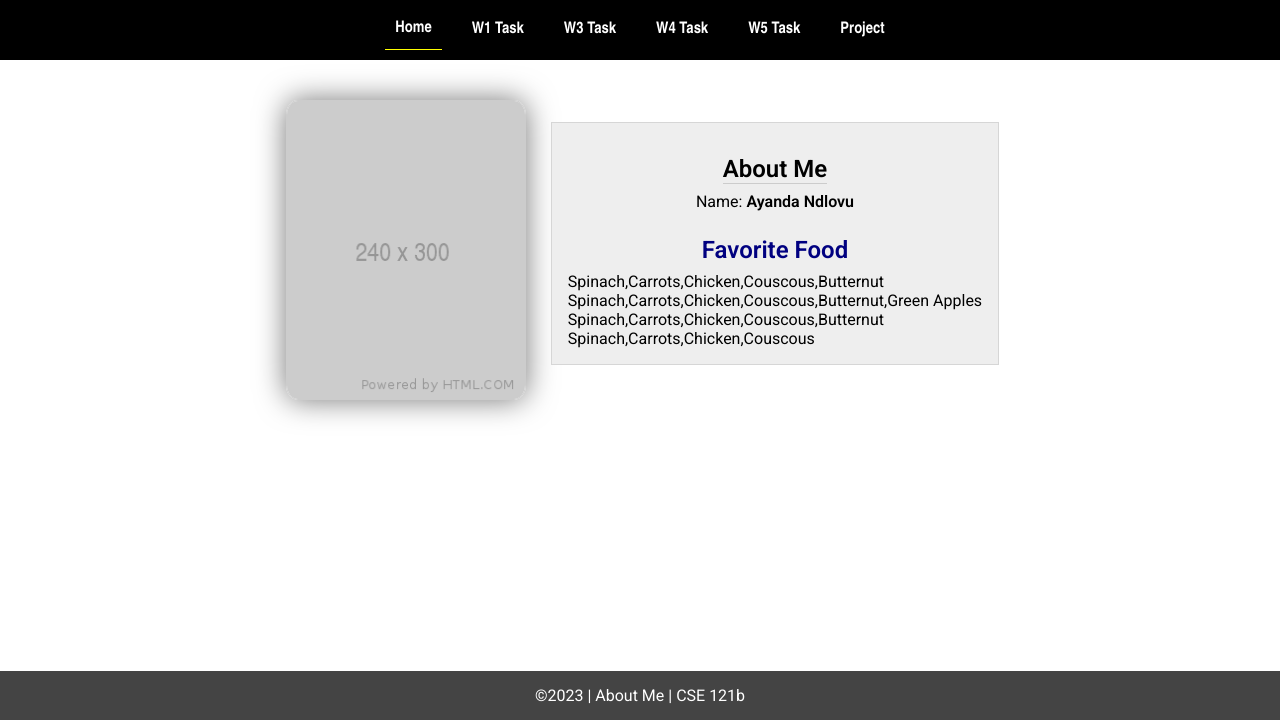
Repository: mszakutumela/cse121b
Page: index.html
An editor plug-in stored every save of this project. The page is shown before and after the next save, followed by the edit.
The browser window is 1280 px wide. The pictures show the whole page.

Above is the page before, as saved 2023-10-07 16:03:40.

After the next save:
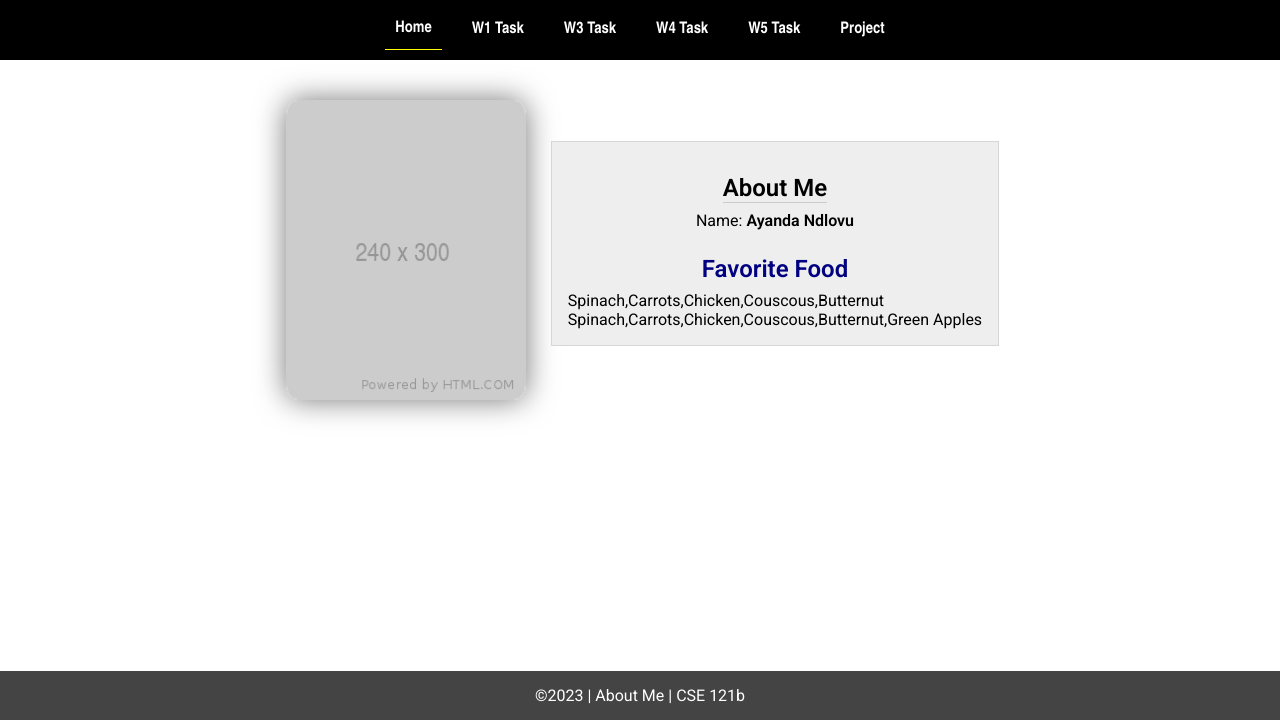
Console error: ReferenceError: f is not defined
Saved 4 s later.
--- a/scripts/w02-task.js
+++ b/scripts/w02-task.js
@@ -33,7 +33,7 @@
 favoriteFoods.push('Green Apples');
 foodElement.innerHTML += `<br>${favoriteFoods}`;
 
-let removeFood =
+let removeFood = f
 favoriteFoods.pop(0);
 foodElement.innerHTML += `<br>${favoriteFoods}`;
 

After the 5 saves that followed:
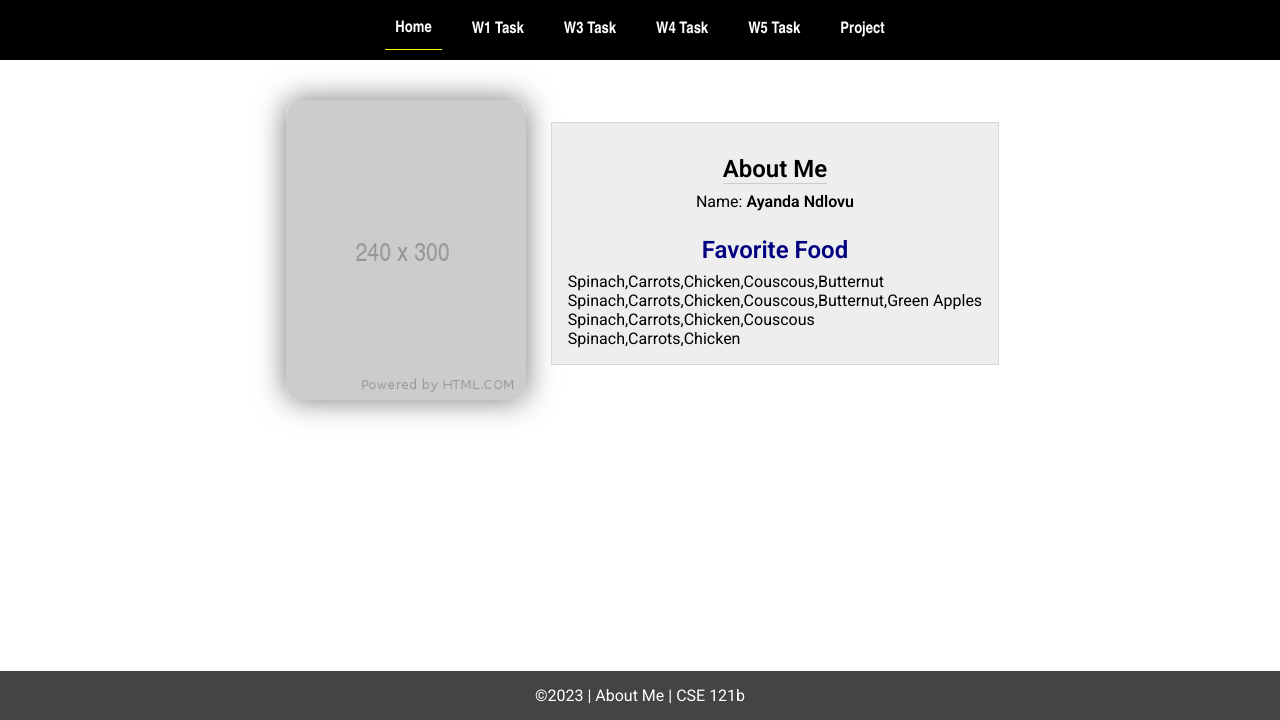
The error is gone.
The 5 saves are shown as one change because they came seconds apart.
The last was saved 13 s later.
--- a/scripts/w02-task.js
+++ b/scripts/w02-task.js
@@ -33,7 +33,7 @@
 favoriteFoods.push('Green Apples');
 foodElement.innerHTML += `<br>${favoriteFoods}`;
 
-let removeFood = f
+let removeFood = favoriteFoods.pop([0])
 favoriteFoods.pop(0);
 foodElement.innerHTML += `<br>${favoriteFoods}`;
 
